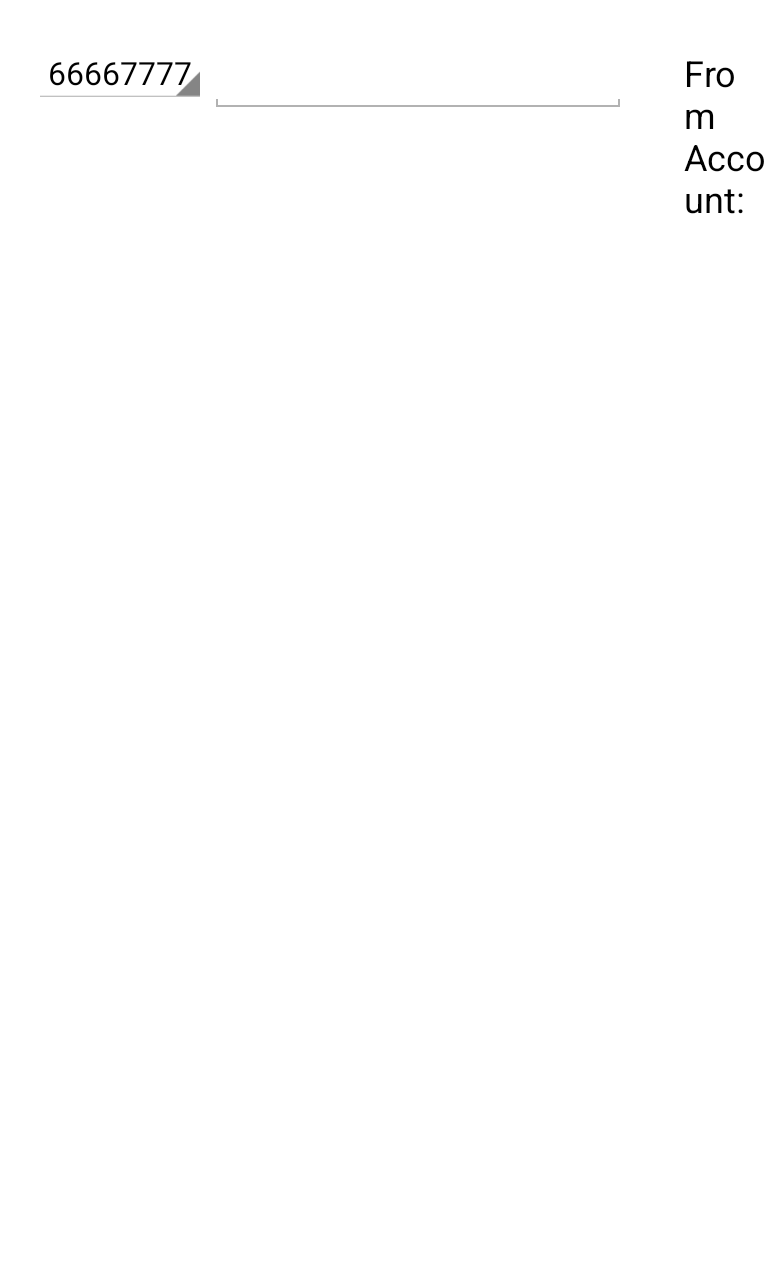
Repository: chaneyjd/android
Layout: amqtt/res/layout/activity_transfer.xml
These files come from the project's save history. The layout is drawn as it stood at one moment and after the next save; the edit follows.
It is drawn on a 768 x 1280 px phone screen (xhdpi) without system bars, with theme AppTheme; the app's code is not run.

Above is the layout before, as saved 2014-05-06 18:06:45.

After the next save:
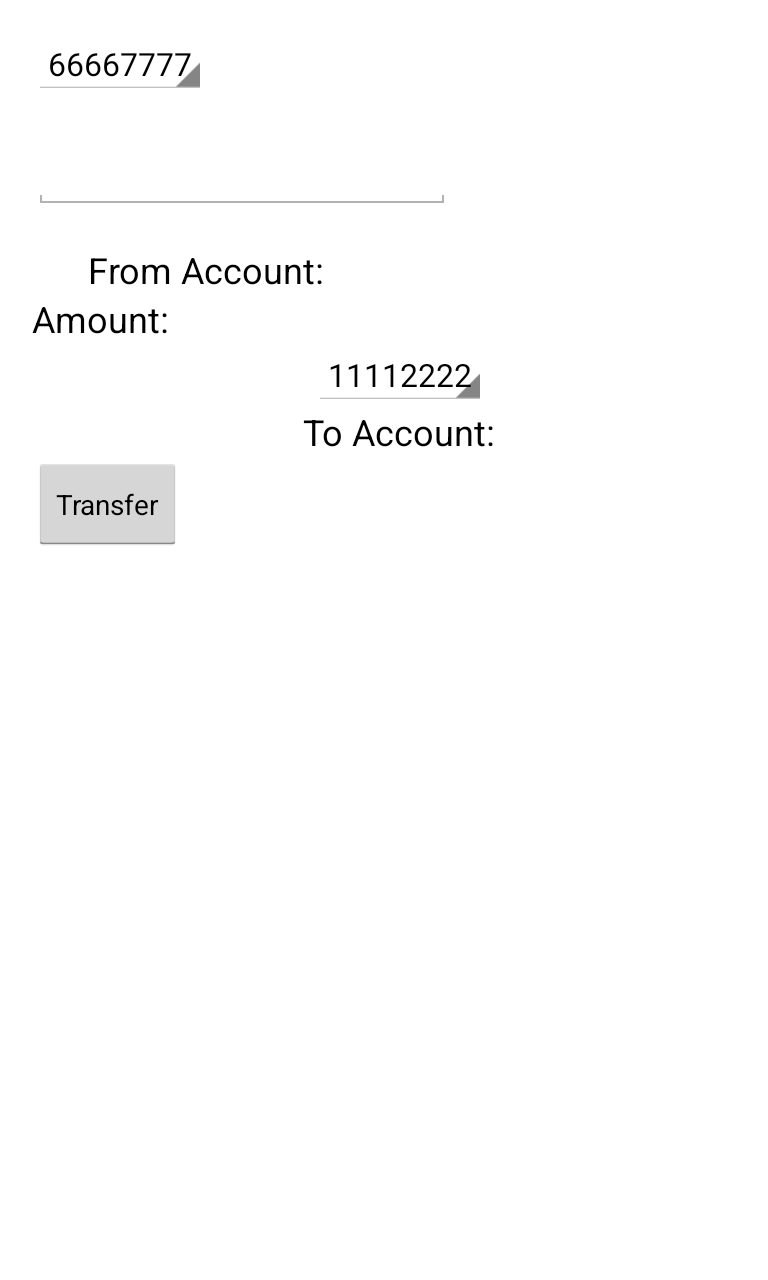
Saved 2 min 23 s later.
--- a/amqtt/res/layout/activity_transfer.xml
+++ b/amqtt/res/layout/activity_transfer.xml
@@ -1,8 +1,9 @@
 <LinearLayout xmlns:android="http://schemas.android.com/apk/res/android"
     xmlns:tools="http://schemas.android.com/tools"
     android:layout_width="match_parent"
-    android:layout_height="300dp"
+    android:layout_height="match_parent"
     android:columnCount="1"
+    android:orientation="vertical"
     android:paddingLeft="@dimen/activity_horizontal_margin"
     tools:context=".TransferActivity" >
 
@@ -10,8 +11,6 @@
         android:id="@+id/spinner2"
         android:layout_width="wrap_content"
         android:layout_height="wrap_content"
-        android:layout_alignLeft="@+id/spinner1"
-        android:layout_below="@+id/textView2"
         android:layout_marginTop="16dp"
         android:entries="@array/To_Account" />
 
@@ -19,8 +18,6 @@
         android:id="@+id/editText1"
         android:layout_width="wrap_content"
         android:layout_height="wrap_content"
-        android:layout_below="@+id/textView3"
-        android:layout_centerHorizontal="true"
         android:layout_marginTop="18dp"
         android:ems="10" />
 
@@ -28,11 +25,31 @@
         android:id="@+id/textView1"
         android:layout_width="wrap_content"
         android:layout_height="wrap_content"
-        android:layout_alignLeft="@+id/spinner1"
-        android:layout_alignParentTop="true"
         android:layout_marginLeft="28dp"
         android:layout_marginTop="17dp"
         android:text="From Account:"
+        android:textAppearance="?android:attr/textAppearanceMedium" />
+
+    <TextView
+        android:id="@+id/textView3"
+        android:layout_width="wrap_content"
+        android:layout_height="wrap_content"
+        android:text="Amount:"
+        android:textAppearance="?android:attr/textAppearanceMedium" />
+
+    <Spinner
+        android:id="@+id/spinner1"
+        android:layout_width="wrap_content"
+        android:layout_height="wrap_content"
+        android:layout_gravity="center_horizontal|bottom"
+        android:entries="@array/From_Account" />
+
+    <TextView
+        android:id="@+id/textView2"
+        android:layout_width="wrap_content"
+        android:layout_height="wrap_content"
+        android:layout_gravity="center_horizontal|top"
+        android:text="To Account:"
         android:textAppearance="?android:attr/textAppearanceMedium" />
 
     <Button
@@ -40,38 +57,8 @@
         style="?android:attr/buttonStyleSmall"
         android:layout_width="wrap_content"
         android:layout_height="wrap_content"
-        android:layout_alignRight="@+id/spinner1"
-        android:layout_alignTop="@+id/textView1"
         android:layout_marginRight="19dp"
         android:onClick="transfer"
         android:text="Transfer" />
 
-    <TextView
-        android:id="@+id/textView3"
-        android:layout_width="wrap_content"
-        android:layout_height="wrap_content"
-        android:layout_below="@+id/spinner2"
-        android:layout_centerHorizontal="true"
-        android:text="Amount:"
-        android:textAppearance="?android:attr/textAppearanceMedium" />
-
-    <Spinner
-        android:id="@+id/spinner1"
-        android:layout_width="wrap_content"
-        android:layout_height="wrap_content"
-        android:layout_column="0"
-        android:layout_gravity="center_horizontal|bottom"
-        android:layout_row="0"
-        android:entries="@array/From_Account" />
-
-    <TextView
-        android:id="@+id/textView2"
-        android:layout_width="wrap_content"
-        android:layout_height="wrap_content"
-        android:layout_column="0"
-        android:layout_gravity="center_horizontal|top"
-        android:layout_row="6"
-        android:text="To Account:"
-        android:textAppearance="?android:attr/textAppearanceMedium" />
-
 </LinearLayout>
